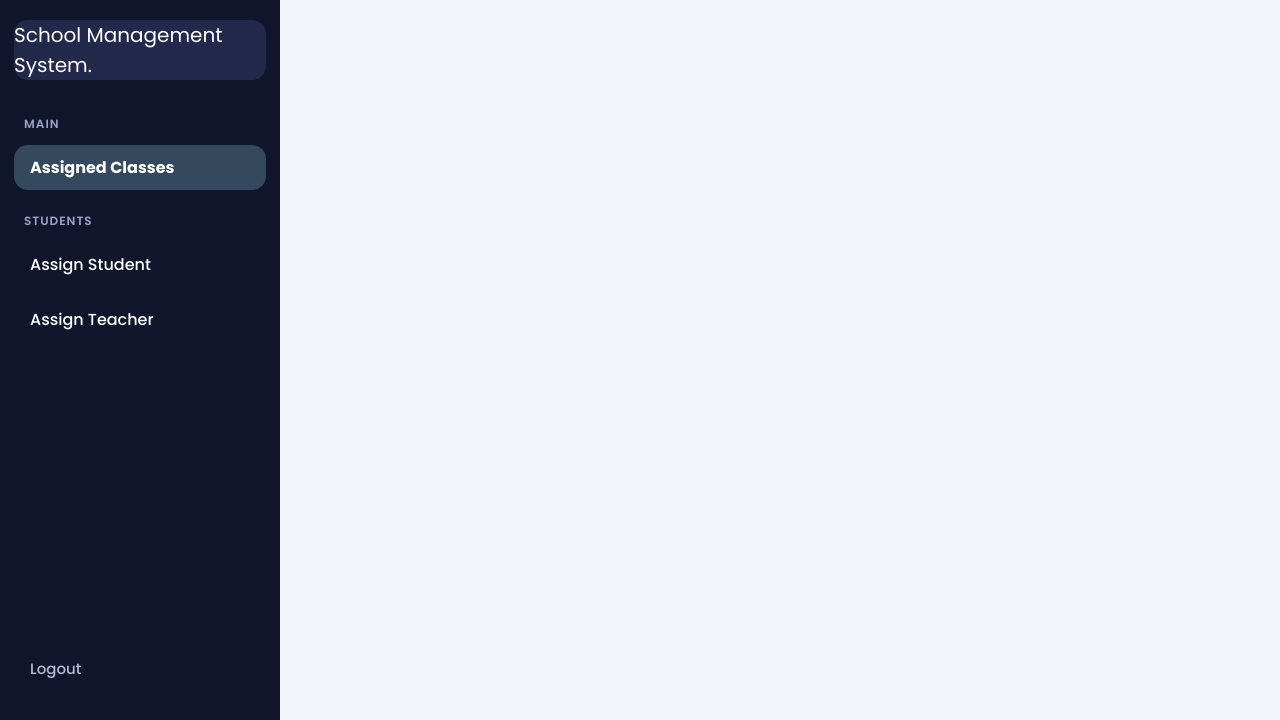
Repository: rohit-rk-07/school_management_system
Page: http://localhost/School_Management_System/teacher/sidebar.jsp
The author's editor kept a copy of each file at every save. The page is drawn from the files as they stood at one save, then again after the next save.
The browser window is 1280 px wide. The pictures show the whole page.
The page is served by Tomcat 10. Other server files are loaded and not shown.

Above is the page before, as saved 2026-05-21 08:02:12.
Console error: TypeError: Cannot read properties of null (reading 'addEventListener')

### School_Management_System/src/main/webapp/teacher/sidebar.jsp
<!DOCTYPE html>
<html lang="en">
<head>
  <meta charset="UTF-8" />
  <meta name="viewport" content="width=device-width, initial-scale=1.0"/>
  <title>School Sidebar</title>

  <style type="text/css">
  *{
  margin:0;
  padding:0;
  box-sizing:border-box;
}

body{
  font-family:'Poppins',sans-serif;
  background:#f4f5fa;
}

/* SIDEBAR */

.schoolSidebar{
  width:280px;
  height:100vh;
  background:#11162d;
  color:#ffffff;
  padding:20px 14px;
  display:flex;
  flex-direction:column;
  justify-content:space-between;
  /*border-top-right-radius:20px;
  border-bottom-right-radius:20px;*/
  transition:0.3s;
}

/* LOGO */

.schoolSidebarLogo{
  border-radius:14px;
  background:#23294b;
  display:flex;
  align-items:start;
  justify-content:start;
  font-size:20px;
  margin-bottom:35px;
}

/* MENU TITLES */

.schoolSidebarMenuTitle{
  color:#9ca3c7;
  font-size:12px;
  letter-spacing:1px;
  margin:22px 10px 12px;
  font-weight:600;
}

/* MENU */

.schoolSidebarMenuList{
  list-style:none;
}

.schoolSidebarMenuItem{
  display:flex;
  align-items:center;
  gap:14px;
  padding:10px 16px;
  border-radius:14px;
  margin-bottom:10px;
  color:#b6bdd9;
  cursor:pointer;
  transition:0.3s;
  font-size:15px;
  font-weight:500;
}

.schoolSidebarMenuItem a{
  font-size:16px;
  text-decoration: none;
  color: #fff;
  width: 100%;
  height: 100%;
}

/* HOVER */

.schoolSidebarMenuItem:hover{
  background:#242b4d;
  color:#ffffff;
}

/* ACTIVE */

.schoolSidebarActive{
  background:#4d44cc;
  color:#ffffff;
}

.schoolSidebarMenuItem {
    /* Your default styling for menu items */
    transition: background-color 0.2s ease;
}

/* This targets the container when active */
.schoolSidebarMenuItem.schoolSidebarActive {
    background-color: #34495e; /* Change to your preferred highlight color */
}

/* Ensures the text color inside the active container looks right */
.schoolSidebarMenuItem.schoolSidebarActive a {
    color: #ffffff;
    font-weight: bold;
}

/* DARK MODE */

.schoolSidebarDark{
  background:#050814;
}

.schoolSidebarDark .schoolSidebarMenuItem:hover{
  background:#1c2445;
}

/* RESPONSIVE */

@media(max-width:768px){

  .schoolSidebar{
    width:100%;
    height:auto;
    border-radius:0;
  }

}
  </style>

  <link rel="preconnect" href="https://fonts.googleapis.com">
  <link href="https://fonts.googleapis.com/css2?family=Poppins:wght@300;400;500;600;700&display=swap" rel="stylesheet">
</head>

<body>

  <aside class="schoolSidebar">

    <!-- LOGO -->
    <div class="schoolSidebarTop">

      <div class="schoolSidebarLogo">
        School Management System.
      </div>

      <!-- MAIN MENU -->
      <div class="schoolSidebarMenuTitle">
        MAIN
      </div>

      <ul class="schoolSidebarMenuList">

        <li class="schoolSidebarMenuItem schoolSidebarActive">
          <a href="assignedclass.jsp">Assigned Classes</a>
        </li>

      </ul>

      <!-- ASSIGNMENTS -->
      <div class="schoolSidebarMenuTitle">
        STUDENTS
      </div>

      <ul class="schoolSidebarMenuList">

        <li class="schoolSidebarMenuItem">
          <a href="assignStudent.jsp">Assign Student</a>
        </li>

        <li class="schoolSidebarMenuItem">
          <a href="assignTeacher.jsp">Assign Teacher</a>
        </li>

      </ul>

    </div>

    <!-- BOTTOM -->
    <div class="schoolSidebarBottom">

      <ul class="schoolSidebarMenuList">

        <li class="schoolSidebarMenuItem">
          Logout
        </li>

      </ul>

    </div>

  </aside>

  <script>
//ACTIVE MENU

  //const schoolSidebarItems = document.querySelectorAll(".schoolSidebarMenuItem");

  //schoolSidebarItems.forEach(item => {

    //item.addEventListener("click", () => {

     // schoolSidebarItems.forEach(nav => {
      //  nav.classList.remove("schoolSidebarActive");
     // });

     // item.classList.add("schoolSidebarActive");

   // });

 // });

  document.addEventListener("DOMContentLoaded", function () {
    // Get the current page filename (e.g., "teacher.jsp")
    const currentPath = window.location.pathname.split("/").pop();

    // Select all links inside the sidebar
    const menuLinks = document.querySelectorAll(".schoolSidebarMenuList a");

    menuLinks.forEach(link => {
        // Get the href attribute of the link
        const linkPath = link.getAttribute("href");

        // If the current URL ends with or matches the href, highlight its parent <li>
        if (currentPath === linkPath) {
            // Remove the active class from any default item first
            document.querySelectorAll(".schoolSidebarMenuItem").forEach(item => {
                item.classList.remove("schoolSidebarActive");
            });

            // Add active class to the current link's parent <li> element
            link.closest("li").classList.add("schoolSidebarActive");
        }
    });
});


  // DARK MODE

  const schoolSidebar = document.querySelector(".schoolSidebar");

  const schoolSidebarDarkBtn = document.getElementById("schoolSidebarDarkBtn");

  schoolSidebarDarkBtn.addEventListener("click", () => {

    schoolSidebar.classList.toggle("schoolSidebarDark");

  });
  </script>

</body>
</html>

After the next save:
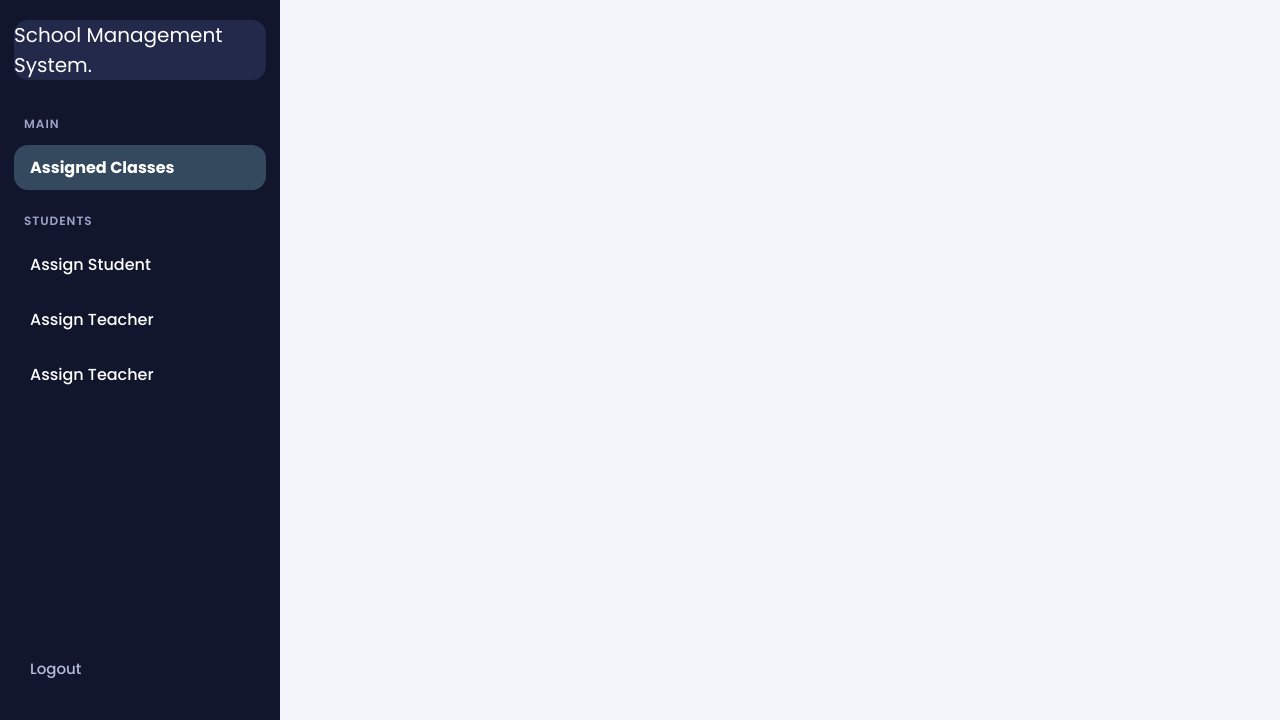
Saved 18 s later.
--- a/School_Management_System/src/main/webapp/teacher/sidebar.jsp
+++ b/School_Management_System/src/main/webapp/teacher/sidebar.jsp
@@ -179,6 +179,10 @@ body{
           <a href="assignTeacher.jsp">Assign Teacher</a>
         </li>
 
+        <li class="schoolSidebarMenuItem">
+          <a href="assignTeacher.jsp">Assign Teacher</a>
+        </li>
+
       </ul>
 
     </div>
